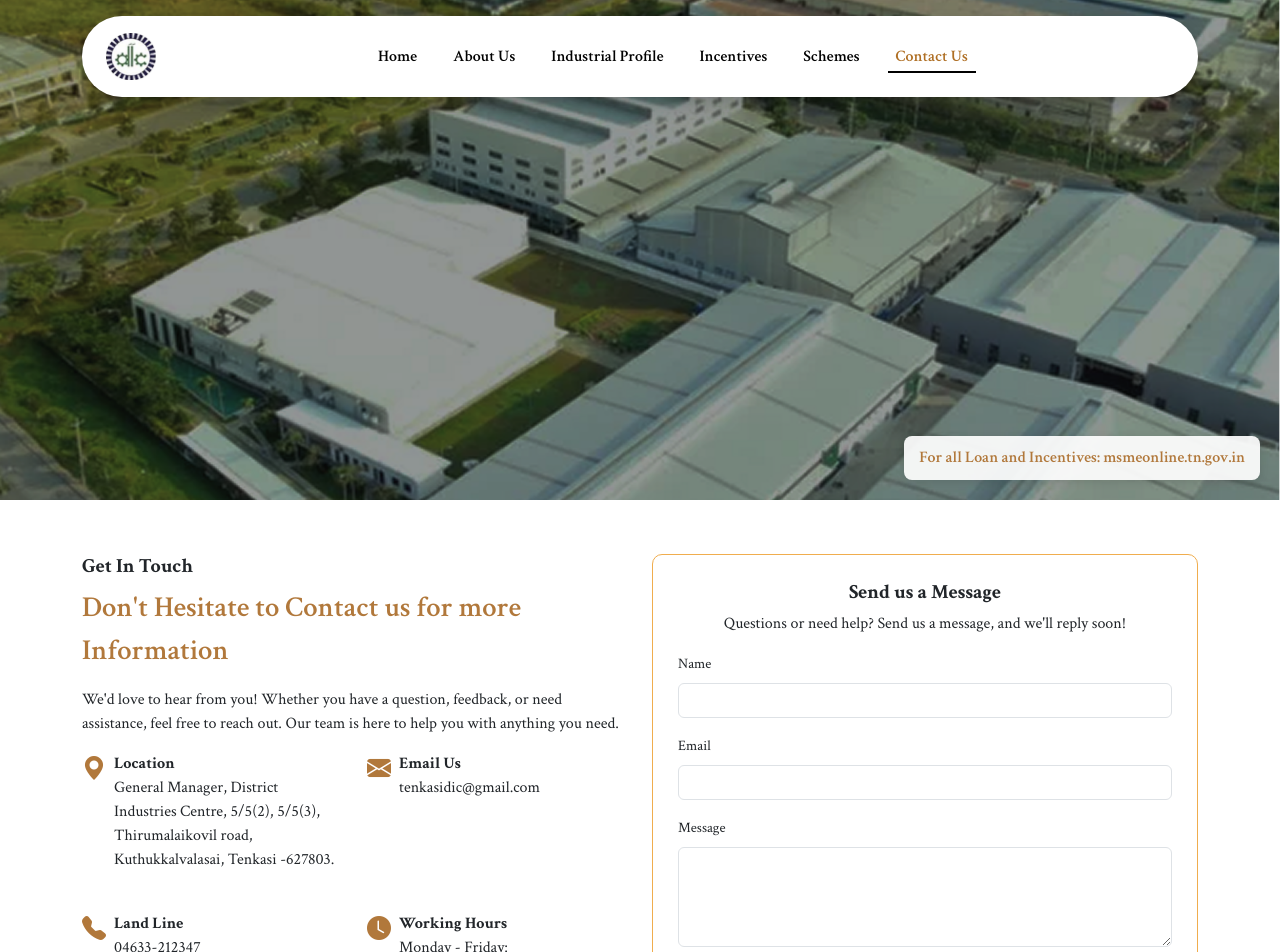
Repository: Brand-Mindz-Global-Technology-Pvt-Ltd/TenkasiDIC--FrontEnd
Page: Contact Page/Contactus.html
These files come from the project's save history. The page is drawn as it stood at one moment and after a run of saves; the edit follows.
The browser window is 1280 px wide. The pictures show the part of the page from y = 0 to 952 px (the page is 1750 px tall).

Above is the page before, as saved 2025-07-04 18:03:20.

After the next 2 saves:
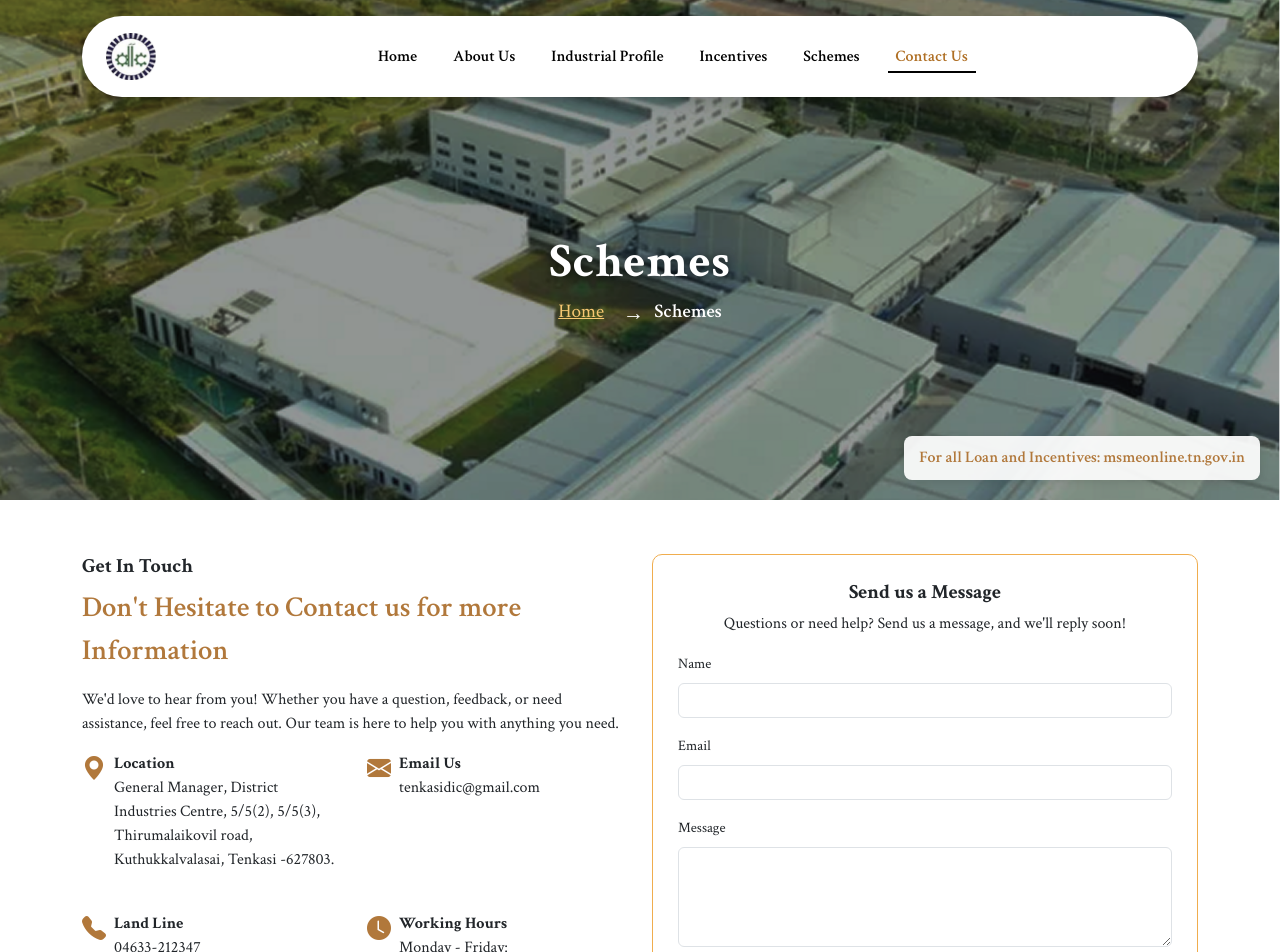
The 2 saves are shown as one change because they came seconds apart.
The last was saved 11 s later.
--- a/Contact Page/Contactus.html
+++ b/Contact Page/Contactus.html
@@ -41,6 +41,17 @@
     <div class="banner-container">
       <img src="../img/INCENTIVE.png" alt="Schemes Banner" class="banner-image">
       <a href="https://msmeonline.tn.gov.in" class="incentives-link" target="_blank" rel="noopener noreferrer">For all Loan and Incentives: msmeonline.tn.gov.in</a>
+      <div class="aboutus-banner-overlay d-flex flex-column align-items-center justify-content-end">
+        <h1 class="aboutus-banner-title mb-2">Schemes</h1>
+        <nav class="aboutus-breadcrumb" aria-label="breadcrumb">
+          <ol class="breadcrumb mb-0 p-0 bg-transparent">
+            <li class="breadcrumb-item">
+              <a href="../LandingPage/LandingPage.html" class="aboutus-breadcrumb-link">Home</a>
+            </li>
+            <li class="breadcrumb-item active" aria-current="page">Schemes</li>
+          </ol>
+        </nav>
+      </div>
     </div>
   </div>
 
